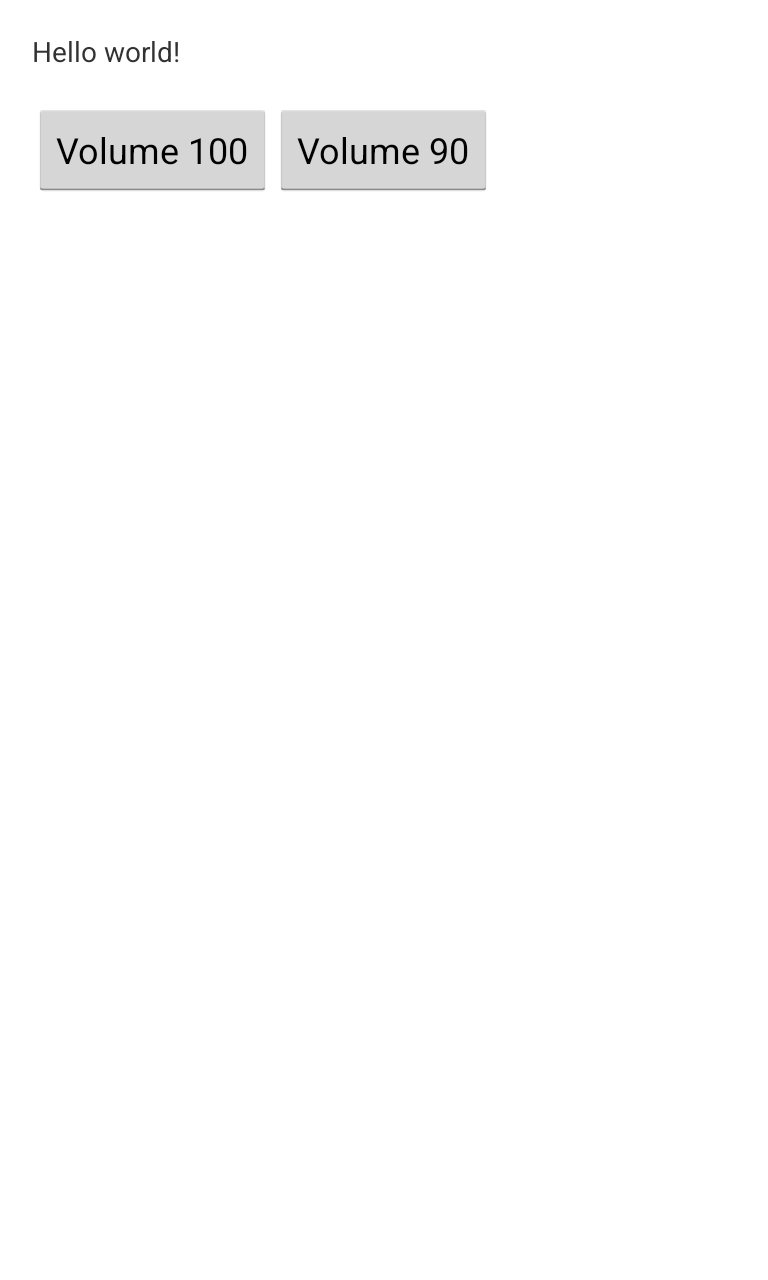
Repository: kmcgain/AutoVolume
Layout: AutoVolume/res/layout/activity_main.xml
An editor plug-in stored every save of this project. The layout is shown before and after the next save, followed by the edit.
It is drawn on a 768 x 1280 px phone screen (xhdpi) without system bars, with theme AppTheme; the app's code is not run.

Above is the layout before, as saved 2014-01-12 04:24:59.

### AutoVolume/res/layout/activity_main.xml
<RelativeLayout xmlns:android="http://schemas.android.com/apk/res/android"
    xmlns:tools="http://schemas.android.com/tools"
    android:layout_width="match_parent"
    android:layout_height="match_parent"
    android:paddingBottom="@dimen/activity_vertical_margin"
    android:paddingLeft="@dimen/activity_horizontal_margin"
    android:paddingRight="@dimen/activity_horizontal_margin"
    android:paddingTop="@dimen/activity_vertical_margin"
    tools:context=".MainActivity" >

    <TextView
        android:id="@+id/textView1"
        android:layout_width="wrap_content"
        android:layout_height="wrap_content"
        android:text="@string/hello_world" />

    <Button
        android:id="@+id/button1"
        android:layout_width="wrap_content"
        android:layout_height="wrap_content"
        android:layout_alignLeft="@+id/textView1"
        android:layout_below="@+id/textView1"
        android:layout_marginTop="16dp"
        android:text="Volume 100"
        android:onClick="volume100_Click"/>

    <Button
        android:id="@+id/button2"
        android:layout_width="wrap_content"
        android:layout_height="wrap_content"
        android:layout_alignBaseline="@+id/button1"
        android:layout_alignBottom="@+id/button1"
        android:layout_toRightOf="@+id/button1"
        android:text="Volume 90"
        android:onClick="volume90_Click" />

</RelativeLayout>

### AutoVolume/res/values/strings.xml
<?xml version="1.0" encoding="utf-8"?>
<resources>

    <string name="app_name">AutoVolume</string>
    <string name="action_settings">Settings</string>
    <string name="hello_world">Hello world!</string>

</resources>

Loaded but not shown: AutoVolume/res/values/styles.xml (common file); AutoVolume/res/values-v11/styles.xml (common file); AutoVolume/res/values-v14/styles.xml (common file); AutoVolume/res/values/dimens.xml (common file)

After the next save:
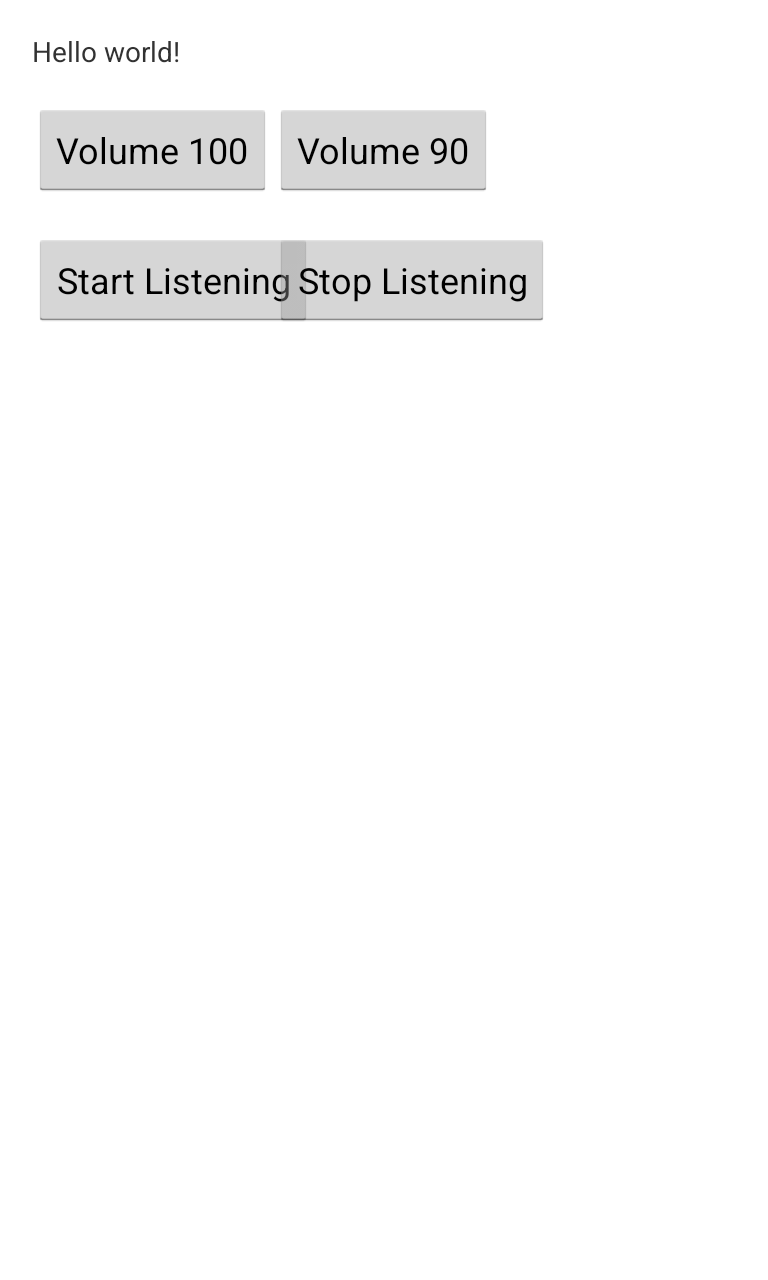
Saved 4 min 28 s later.
--- a/AutoVolume/res/layout/activity_main.xml
+++ b/AutoVolume/res/layout/activity_main.xml
@@ -34,4 +34,22 @@
         android:text="Volume 90"
         android:onClick="volume90_Click" />
 
+    <Button
+        android:id="@+id/button3"
+        android:layout_width="wrap_content"
+        android:layout_height="wrap_content"
+        android:layout_alignLeft="@+id/button1"
+        android:layout_below="@+id/button1"
+        android:layout_marginTop="17dp"
+        android:text="Start Listening" />
+
+    <Button
+        android:id="@+id/button4"
+        android:layout_width="wrap_content"
+        android:layout_height="wrap_content"
+        android:layout_alignBaseline="@+id/button3"
+        android:layout_alignBottom="@+id/button3"
+        android:layout_alignLeft="@+id/button2"
+        android:text="Stop Listening" />
+
 </RelativeLayout>
